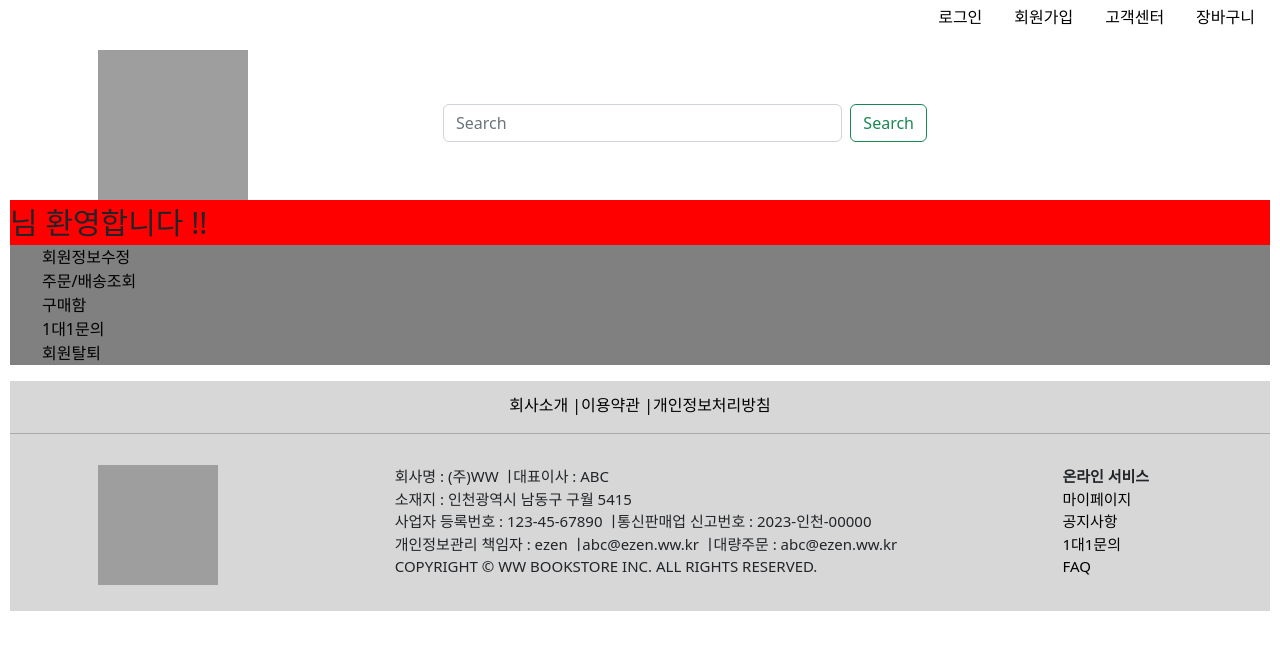
Repository: leehyeonung/project4
Page: http://localhost/book/WEB-INF/views/member/mypage.jsp
An editor plug-in stored every save of this project. The page is shown before and after the next save, followed by the edit.
The browser window is 1280 px wide. The pictures show the whole page.
Pictures or frames that could not be fetched are drawn as grey boxes. The page is served by Tomcat 9. Nobody is signed in. The template is opened directly, without the code that normally fills it, so the values that code supplies are empty.

Above is the page before, as saved 2023-01-06 02:41:40.

After the next save:
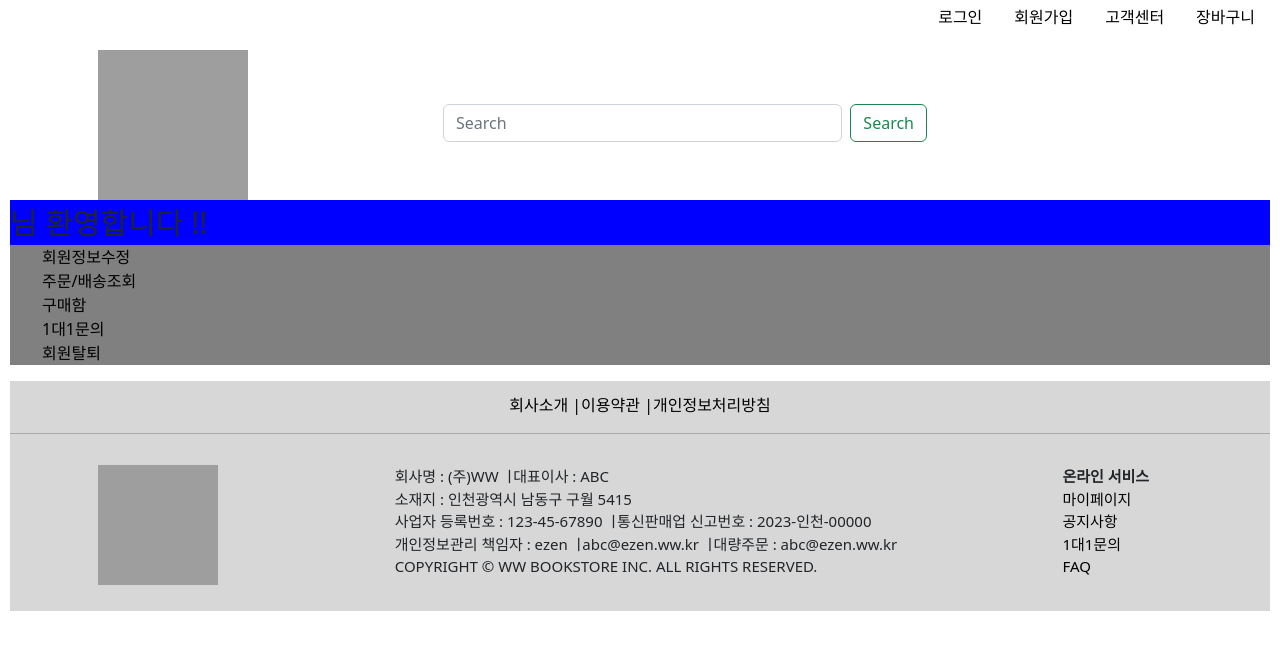
Saved 10 s later.
--- a/book/src/main/webapp/resources/css/mypage.css
+++ b/book/src/main/webapp/resources/css/mypage.css
@@ -15,7 +15,7 @@
     font-size: 30px;
 }
 .information{
-	background-color : red;
+	background-color : blue;
 }
 select>ul>li{
     display: inline-block;

After the save that followed:
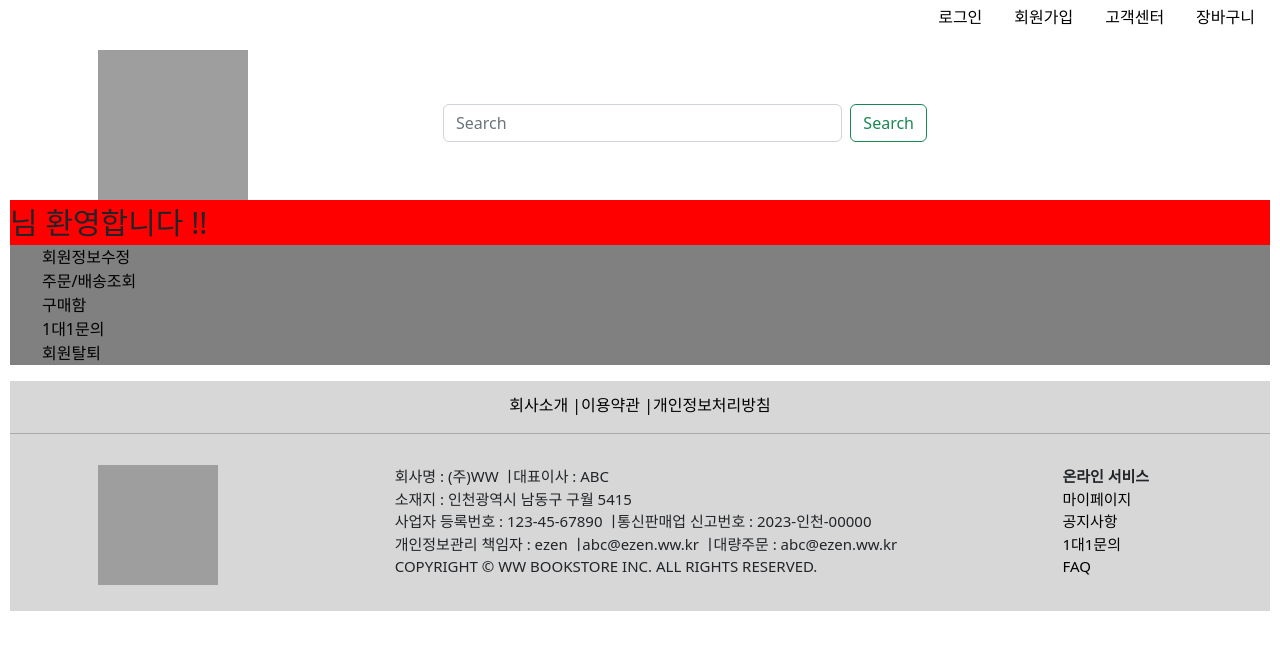
Saved 27 s later.
--- a/book/src/main/webapp/resources/css/mypage.css
+++ b/book/src/main/webapp/resources/css/mypage.css
@@ -15,7 +15,7 @@
     font-size: 30px;
 }
 .information{
-	background-color : blue;
+	background-color : red;
 }
 select>ul>li{
     display: inline-block;
